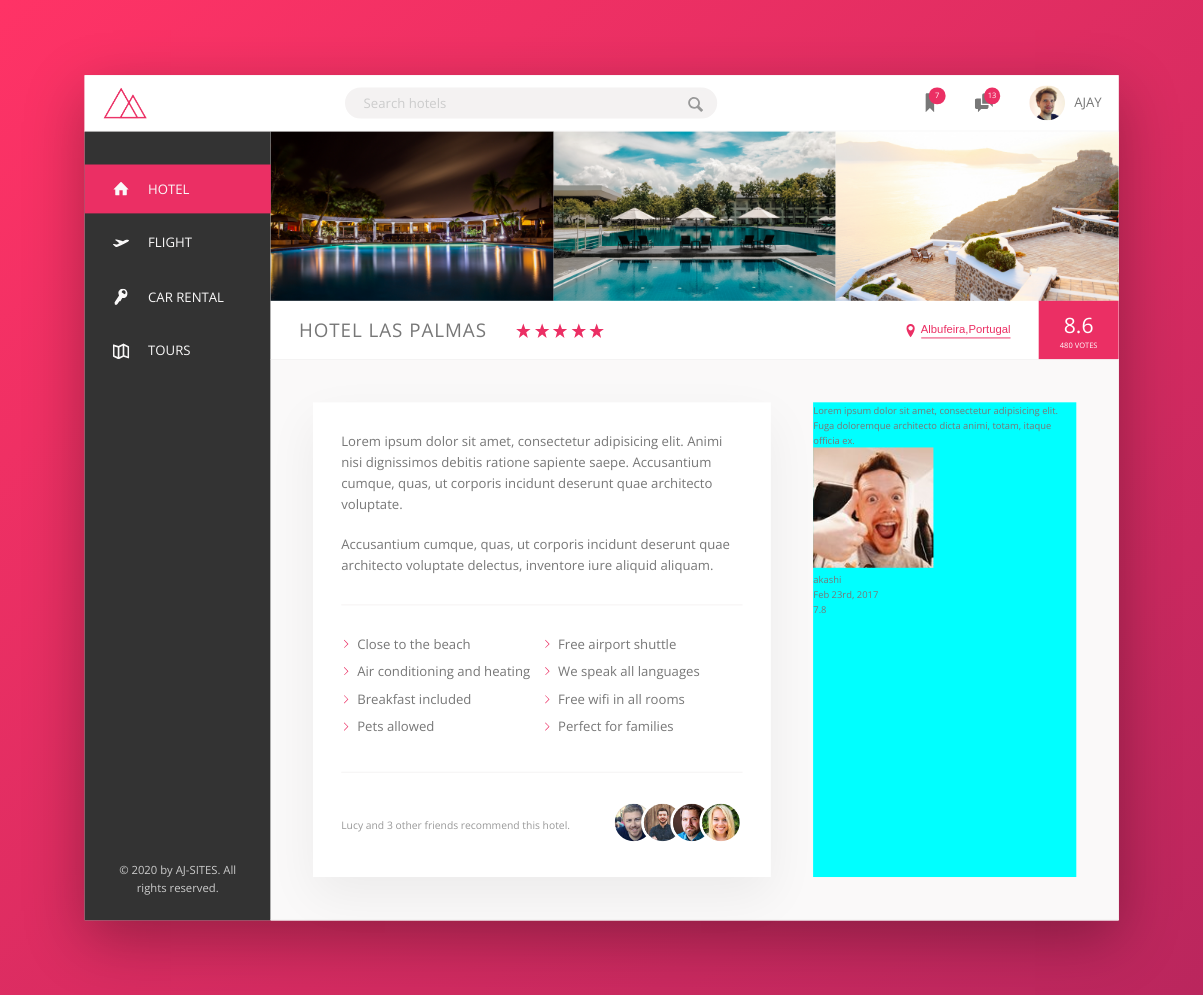
Repository: ajayaj2001/modern-Hotel
Page: /
The author's editor kept a copy of each file at every save. The page is drawn from the files as they stood at one save, then again after the next save.
The browser window is 1280 px wide. The pictures show the whole page, at 94% of full size.
The project was rebuilt for these pictures with package versions that can differ from the ones it lists, and the page was loaded fresh each time. Also part of the build but not shown: src/hotel-view/detail/review/Review.scss.

Above is the page before, as saved 2020-12-13 23:40:52.

### public/index.html
<!DOCTYPE html>
<html lang="en">

<head>
  <meta charset="utf-8" />
  <link rel="icon" href="%PUBLIC_URL%/favicon.ico" />
  <meta name="viewport" content="width=device-width, initial-scale=1" />
  <meta name="theme-color" content="#000000" />
  <meta name="description" content="Web site created using create-react-app" />
  <link rel="apple-touch-icon" href="%PUBLIC_URL%/logo192.png" />
  <link rel="preconnect" href="https://fonts.gstatic.com">
  <link href="https://fonts.googleapis.com/css2?family=Open+Sans:wght@300;400;600&display=swap" rel="stylesheet">
  <!--
      manifest.json provides metadata used when your web app is installed on a
      user's mobile device or desktop. See https://developers.google.com/web/fundamentals/web-app-manifest/
    -->
  <link rel="manifest" href="%PUBLIC_URL%/manifest.json" />
  <!--
      Notice the use of %PUBLIC_URL% in the tags above.
      It will be replaced with the URL of the `public` folder during the build.
      Only files inside the `public` folder can be referenced from the HTML.

      Unlike "/favicon.ico" or "favicon.ico", "%PUBLIC_URL%/favicon.ico" will
      work correctly both with client-side routing and a non-root public URL.
      Learn how to configure a non-root public URL by running `npm run build`.
    -->
  <title>React App</title>
</head>

<body>
  <noscript>You need to enable JavaScript to run this app.</noscript>
  <div id="root"></div>
  <!--
      This HTML file is a template.
      If you open it directly in the browser, you will see an empty page.

      You can add webfonts, meta tags, or analytics to this file.
      The build step will place the bundled scripts into the <body> tag.

      To begin the development, run `npm start` or `yarn start`.
      To create a production bundle, use `npm run build` or `yarn build`.
    -->
</body>

</html>

### src/index.js
import React from 'react';
import ReactDOM from 'react-dom';
import './index.scss';
import App from '../src/app/App';

ReactDOM.render(
  <React.StrictMode>
    <App />
  </React.StrictMode>,
  document.getElementById('root')
);

### src/index.scss
@import "../src/scss/reuse.scss";
* {
  margin: 0;
  padding: 0;
}
:root {
  --color-primary: #eb2f64;
  --color-primary-light: #ff3366;
  --color-primary-dark: #ba265d;

  --color-gray-light-1: #faf9f9;
  --color-gray-light-2: #f4f2f2;
  --color-gray-light-3: #f0eeee;
  --color-gray-light-4: #ccc;

  --color-gray-dark-1: #333;
  --color-gray-dark-2: #777;
  --color-gray-dark-3: #999;

  --line: 1px solid var(--color-gray-light-2);
  --shadow-light: 0 2rem 5rem rgba(0, 0, 0, 0.06);
}
*,
*::before,
*::after {
  box-sizing: inherit;
}
html {
  box-sizing: border-box;
  font-size: 62.5%; //1rem=10px 10px/16px=62.5%
}
body {
  font-family: "Open Sans", sans-serif;
  -webkit-font-smoothing: antialiased;
  -moz-osx-font-smoothing: grayscale;
  font-family: "Open Sans", sans-serif;
  font-weight: 400;
  line-height: 1.6;
  background-image: linear-gradient(to right bottom, var(--color-primary-light), var(--color-primary-dark));
  background-size: cover;
  background-repeat: no-repeat;
  min-height: 100vh;
  color: var(--color-gray-dark-2);
}

### src/app/App.js
import React from 'react';
import Header from '../header/Header';
import Navigation from '../navigation/Navigation'
import Hotelview from '../hotel-view/Hotelview'
import './App.scss';
function App() {
  return (
    <div className="container">
      <Header />
      <div className="content">
        <Navigation />
        <Hotelview />
      </div>
    </div>
  );
}

export default App;

### src/scss/reuse.scss
// variables

// $primary: #eb2f64;
// $primary-light: #ff3366;
// $primary-dark: #ba265d;

// $gray-light-1: #faf9f9;
// $gray-light-2: #f4f2f2;
// $gray-light-3: #f0eeee;

// $gray-dark-1: #333;
// $gray-dark-2: #777;
// $gray-dark-3: #999;

### src/header/Header.js
import React from 'react'
import './Header.scss';
import logo from '../img/logo.png';
import user from '../img/user.jpg';
import svg from '../img/sprite.svg'
const Header = () => {
    return (
        <div className="header">
            <img src={logo} alt="logo" className="logo" />

            <form action="#" className="search">
                <input type="text" className="search__input" placeholder="Search hotels" />
                <button className="search__button">
                    <svg className="search__icon">
                        <use xlinkHref={`${svg}#icon-magnifying-glass`}></use>
                    </svg>
                </button>
            </form>
            <nav className="user-nav">
                <div className="user-nav__icon-box">
                    <svg className="user-nav__icon">
                        <use xlinkHref={`${svg}#icon-bookmark`}></use>
                    </svg>
                    <span className="user-nav__notification">7</span>
                </div>
                <div className="user-nav__icon-box">
                    <svg className="user-nav__icon">
                        <use xlinkHref={`${svg}#icon-chat`}></use>
                    </svg>
                    <span className="user-nav__notification">13</span>
                </div>
                <div className="user-nav__user">
                    <img src={user} alt="user-profile" className="user-nav__user-photo" />
                    <span className="user-nav__user-name">AJAY</span>
                </div>
            </nav>
        </div>
    )
}

export default Header

### src/navigation/Navigation.js
import React from 'react'
import './Navigation.scss'
import svg from '../img/sprite.svg'
const Navigation = () => {
    return (
        <React.Fragment>
            <nav className="sidebar">
                <ul className="side-nav">
                    <li className="side-nav__item side-nav__item--active">
                        <a href="#home" className="side-nav__link">
                            <svg className="side-nav__icon">
                                <use xlinkHref={`${svg}#icon-home`}></use>
                            </svg>
                            <span className="side-nav__text">hotel</span>
                        </a>
                    </li>
                    <li className="side-nav__item">
                        <a href="#flight" className="side-nav__link">
                            <svg className="side-nav__icon">
                                <use xlinkHref={`${svg}#icon-aircraft-take-off`}></use>
                            </svg>
                            <span className="side-nav__text">flight</span>
                        </a>
                    </li>
                    <li className="side-nav__item">
                        <a href="#car-rental" className="side-nav__link">
                            <svg className="side-nav__icon">
                                <use xlinkHref={`${svg}#icon-key`}></use>
                            </svg>
                            <span className="side-nav__text">car rental</span>
                        </a>
                    </li>
                    <li className="side-nav__item">
                        <a href="#tours" className="side-nav__link">
                            <svg className="side-nav__icon">
                                <use xlinkHref={`${svg}#icon-map`}></use>
                            </svg>
                            <span className="side-nav__text">tours</span>
                        </a>
                    </li>
                </ul>
                <div className="legal">
                    &copy; 2020 by AJ-SITES. All rights reserved.
                </div>
            </nav>
        </React.Fragment>
    )
}

export default Navigation

### src/hotel-view/Hotelview.js
import React from 'react'
import Detail from './detail/Detail'
import './Hotelview.scss'
import Overview from './overview/Overview'
const Hotelview = () => {
    return (
        <React.Fragment>
            <main className="hotelview">
                <Overview />
                <Detail />
            </main>
        </React.Fragment>
    )
}

export default Hotelview

### src/app/App.scss
.container {
    max-width: 110rem;
    margin: 8rem auto;
    background-color: var(--color-gray-light-2);
    box-shadow: 0 2rem 6rem rgba(black, 0.3);
    min-height: 50rem;
}
.content {
    display: flex;
}

### src/header/Header.scss
.header {
    height: 6rem;
    background-color: #fff;
    border-bottom: var(--line);
    display: flex;
    justify-content: space-between;
    align-items: center;
}
.logo {
    height: 3.25rem;
    margin-left: 2rem;
}
.search {
    display: flex;
    flex: 0 0 40%;
    align-items: center;
    justify-content: center;

    &__input {
        font-family: inherit;
        font-size: 1.4rem;
        color: inherit;
        background-color: var(--color-gray-light-2);
        border: none;
        padding: 0.7rem 2rem;
        border-radius: 10rem;
        width: 90%;
        transition: all 0.3s;
        margin-right: -3.25rem;
        &:focus {
            outline: none;
            width: 100%;
            background-color: var(--color-gray-light-3);
        }
        &::-webkit-input-placeholder {
            font-weight: 100;
            color: var(--color-gray-light-4);
        }
    }
    &__input:focus + &__button {
        background-color: var(--color-gray-light-3);
    }
    &__button {
        height: 2.8rem;
        border: none;
        background-color: var(--color-gray-light-2);
        &:focus {
            outline: none;
        }
        &:active {
            transform: translateY(2px);
        }
    }
    &__icon {
        height: 3rem;
        width: 2rem;
        fill: var(--color-gray-dark-3);
    }
}

.user-nav {
    align-self: stretch;
    display: flex;
    align-items: center;
    cursor: pointer;
    & > * {
        height: 100%;
        padding: 0 1.8rem;
        display: flex;
        align-items: center;
    }
    & > *:hover {
        background-color: var(--color-gray-light-2);
    }
    &__icon-box {
        position: relative;
    }
    &__icon {
        height: 2.25rem;
        width: 2.25rem;
        fill: var(--color-gray-dark-2);
    }
    &__notification {
        font-size: 0.8rem;
        height: 1.75rem;
        width: 1.75rem;
        border-radius: 50%;
        background-color: var(--color-primary);
        color: #fff;
        position: absolute;
        top: 1.3rem;
        right: 1.3rem;
        display: flex;
        justify-content: center;
        align-items: center;
    }
    &__user-photo {
        height: 3.75rem;
        border-radius: 50%;
        margin-right: 1rem;
    }
    &__user-name {
        font-size: 1.4rem;
    }
}

### src/navigation/Navigation.scss
.sidebar {
    background-color: var(--color-gray-dark-1);
    flex: 0 0 18%;
    display: flex;
    flex-direction: column;
    justify-content: space-between;
}
.side-nav {
    font-size: 1.4rem;
    list-style: none;
    margin-top: 3.5rem;
    &__item {
        position: relative;
        &:not(:last-child) {
            margin-bottom: 0.5rem;
        }
    }
    &__item::before {
        content: "";
        position: absolute;
        top: 0;
        left: 0;
        height: 100%;
        width: 3px;
        background-color: var(--color-primary);
        transform: scaleY(0);
        transition: transform 0.2s, width 0.4s cubic-bezier(1, 0, 0, 1) 0.2s, background-color 0.1s;
    }
    &__item:hover::before,
    &__item--active::before {
        transform: scaleY(1);
        width: 100%;
    }
    &__item:active::before {
        background-color: var(--color-primary-light);
    }
    &__link:link,
    &__link:visited {
        position: relative;
        color: var(--color-gray-light-1);
        text-decoration: none;
        text-transform: uppercase;
        display: block;
        padding: 1.5rem 3rem;
        display: flex;
        align-items: center;
        z-index: 20;
    }
    &__icon {
        width: 1.75rem;
        height: 1.75rem;
        fill: currentColor;
        margin-right: 2rem;
    }
}
.legal {
    font-size: 1.2rem;
    text-align: center;
    padding: 2.5rem;
    color: var(--color-gray-light-4);
}

### src/hotel-view/detail/Detail.js
import React from 'react'
import './Detail.scss'
import Review from './review/Review'
import frnd1 from '../../img/user-3.jpg'
import frnd2 from '../../img/user-4.jpg'
import frnd3 from '../../img/user-5.jpg'
import frnd4 from '../../img/user-6.jpg'
const Detail = () => {
    return (
        <div className="detail">
            <div className="description">
                <p className="paragraph">
                    Lorem ipsum dolor sit amet, consectetur adipisicing elit. Animi nisi
                    dignissimos debitis ratione sapiente saepe. Accusantium cumque, quas, ut corporis
                    incidunt deserunt quae architecto voluptate.
                </p>
                <p className="paragraph">
                    Accusantium cumque, quas, ut corporis incidunt deserunt quae architecto voluptate
                    delectus, inventore iure aliquid aliquam.
                </p>
                <ul className="list">
                    <li className="list__item">Close to the beach</li>
                    <li className="list__item">Free airport shuttle</li>
                    <li className="list__item">Air conditioning and heating</li>
                    <li className="list__item">We speak all languages</li>
                    <li className="list__item">Breakfast included</li>
                    <li className="list__item">Free wifi in all rooms</li>
                    <li className="list__item">Pets allowed</li>
                    <li className="list__item">Perfect for families</li>
                </ul>
                <div className="recommend">
                    <p className="recommend__count">Lucy and 3 other friends recommend this hotel.</p>
                    <div className="recommend__friends">
                        <img src={frnd1} alt="friends" className="recommend__photo" />
                        <img src={frnd2} alt="friends" className="recommend__photo" />
                        <img src={frnd3} alt="friends" className="recommend__photo" />
                        <img src={frnd4} alt="friends" className="recommend__photo" />
                    </div>
                </div>
            </div>
            <figure className="user-review">
                <Review />
            </figure>
        </div>
    )
}

export default Detail

### src/hotel-view/Hotelview.scss
.hotelview {
    background-color: #fff;
    flex: 1;
}

### src/hotel-view/overview/Overview.js
import React from 'react'
import './Overview.scss'
import hotel1 from '../../img/hotel-1.jpg'
import hotel2 from '../../img/hotel-2.jpg'
import hotel3 from '../../img/hotel-3.jpg'
import svg from '../../img/sprite.svg'
const Overview = () => {
    return (
        <React.Fragment>
            <div className="gallery">
                <figure className="gallery__item">
                    <img src={hotel1} alt="hotel building" className="gallery__photo" />
                </figure>
                <figure className="gallery__item">
                    <img src={hotel2} alt="hotel building" className="gallery__photo" />
                </figure>
                <figure className="gallery__item">
                    <img src={hotel3} alt="hotel building" className="gallery__photo" />
                </figure>
            </div>
            <div className="overview">
                <h1 className="overview__heading">
                    HOTEL LAS PALMAS
                </h1>
                <div className="overview__stars">
                    <svg className="overview__icon-star">
                        <use xlinkHref={`${svg}#icon-star`}></use>
                    </svg>
                    <svg className="overview__icon-star">
                        <use xlinkHref={`${svg}#icon-star`}></use>
                    </svg>
                    <svg className="overview__icon-star">
                        <use xlinkHref={`${svg}#icon-star`}></use>
                    </svg>
                    <svg className="overview__icon-star">
                        <use xlinkHref={`${svg}#icon-star`}></use>
                    </svg>
                    <svg className="overview__icon-star">
                        <use xlinkHref={`${svg}#icon-star`}></use>
                    </svg>
                </div>
                <div className="overview__location">
                    <svg className="overview__icon-location">
                        <use xlinkHref={`${svg}#icon-location-pin`}></use>
                    </svg>
                    <button className="btn-inline">Albufeira,Portugal</button>
                </div>
                <div className="overview__rating">
                    <div className="overview__rating-average">8.6</div>
                    <div className="overview__rating-count">480 votes</div>
                </div>
            </div>
        </React.Fragment>
    )
}

export default Overview

### src/hotel-view/detail/Detail.scss
.detail {
    display: flex;
    padding: 4.5rem;
    background-color: var(--color-gray-light-1);
    border-bottom: var(--line);
}
.description {
    flex: 0 0 60%;
    background-color: #fff;
    margin-right: 4.5rem;
    box-shadow: var(--shadow-light);
    padding: 3rem;
    font-size: 1.4rem;
}
.user-review {
    flex: 1;
    background-color: aqua;
}
.paragraph:not(:last-of-type) {
    margin-bottom: 2rem;
}
.list {
    margin: 3rem 0;
    list-style: none;
    padding: 3rem 0;
    border-top: var(--line);
    border-bottom: var(--line);
    display: flex;
    flex-wrap: wrap;
    &__item {
        width: 50%;
        margin-bottom: 0.7rem;
    }
    &__item::before {
        content: "";
        display: inline-block;
        height: 1rem;
        width: 1rem;
        margin-right: 0.7rem;
        // background-image: url(../../img/chevron-thin-right.svg);
        // background-size: cover;
        background-color: var(--color-primary);
        -webkit-mask-image: url(../../img/chevron-thin-right.svg);
        -webkit-mask-size: cover;
        mask-image: url(../../img/chevron-thin-right.svg);
        mask-size: cover;
    }
}
.recommend {
    font-size: 1.1rem;
    color: var(--color-gray-dark-3);
    display: flex;
    align-items: center;
    // justify-content: space-between;
    &__count {
        margin-right: auto;
    }
    &__photo {
        box-sizing: content-box;
        height: 4rem;
        width: 4rem;
        border-radius: 50%;
        border: 3px solid #fff;
        &:not(:last-child) {
            margin-right: -1.5rem;
        }
    }
}

### src/hotel-view/detail/review/Review.js
import React from 'react'
import './Review.scss'
import user from '../../../img/user-1.jpg'
const Review = () => {
    return (
        <React.Fragment>
            <figure className="review" >
                <blockquote className="review__text">
                    Lorem ipsum dolor sit amet, consectetur adipisicing elit.
                    Fuga doloremque architecto dicta animi, totam, itaque officia ex.
                </blockquote>
                <figcaption className="review__user">
                    <img src={user} alt="reviewer" className="review__photo" />
                    <div className="review__user-box">
                        <p className="review__user-name">akashi</p>
                        <p className="review__user-date">Feb 23rd, 2017</p>
                    </div>
                    <div className="review__rating">7.8</div>
                </figcaption>
            </figure>
        </React.Fragment>
    )
}

export default Review

### src/hotel-view/overview/Overview.scss
.gallery {
    display: flex;
    &__photo {
        width: 100%;
        display: block;
    }
}

.overview {
    background-color: white;
    display: flex;
    align-items: center;
    border-bottom: var(--line);
    &__heading {
        font-size: 2rem;
        font-weight: 300;
        text-transform: uppercase;
        letter-spacing: 1px;
        padding: 1.5rem 3rem;
    }
    &__stars {
        margin-right: auto;
        display: flex;
    }
    &__icon-star,
    &__icon-location {
        width: 1.75rem;
        height: 1.75rem;
        fill: var(--color-primary);
        margin-right: 0.2rem;
    }
    &__location {
        font-size: 1.2rem;
        display: flex;
        align-items: center;
    }
    &__rating {
        align-self: stretch;
        align-items: center;
        background-color: var(--color-primary);
        padding: 0 2.25rem;
        color: #fff;

        display: flex;
        flex-direction: column;
        align-items: center;
        justify-content: center;
        margin-left: 3rem;
        &-average {
            font-size: 2.25rem;
            font-weight: 300;
            margin-bottom: -3px;
        }
        &-count {
            font-size: 0.8rem;
            text-transform: uppercase;
        }
    }
}

.btn-inline {
    border: none;
    color: var(--color-primary);
    font-size: inherit;
    border-bottom: 1px solid currentColor;
    padding-bottom: 2px;
    display: inline-block;
    background-color: transparent;
    cursor: pointer;
    transition: all 0.2s;
    &:hover {
        color: var(--color-gray-dark-1);
    }

    &:focus {
        outline: none;
        animation: pulsate 1s infinite;
    }
}

@keyframes pulsate {
    0% {
        transform: scale(1);
        box-shadow: none;
    }
    50% {
        transform: scale(1.03);
        box-shadow: 0 1rem 1rem rgba(0, 0, 0, 0.25);
    }
    100% {
        transform: scale(1);
        box-shadow: none;
    }
}

After the next save:
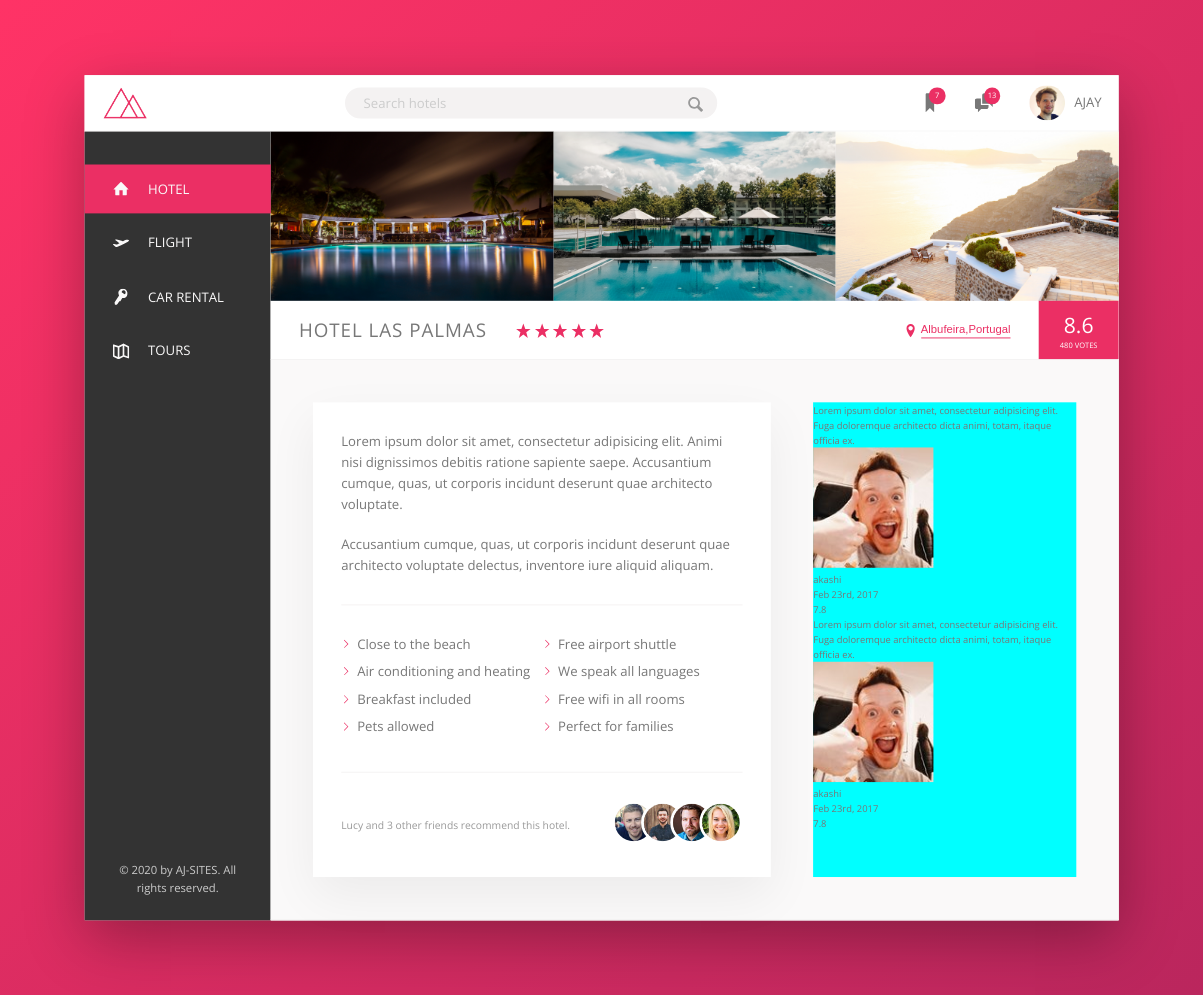
Saved 45 s later.
--- a/src/hotel-view/detail/Detail.js
+++ b/src/hotel-view/detail/Detail.js
@@ -40,6 +40,7 @@ const Detail = () => {
             </div>
             <figure className="user-review">
                 <Review />
+                <Review />
             </figure>
         </div>
     )
